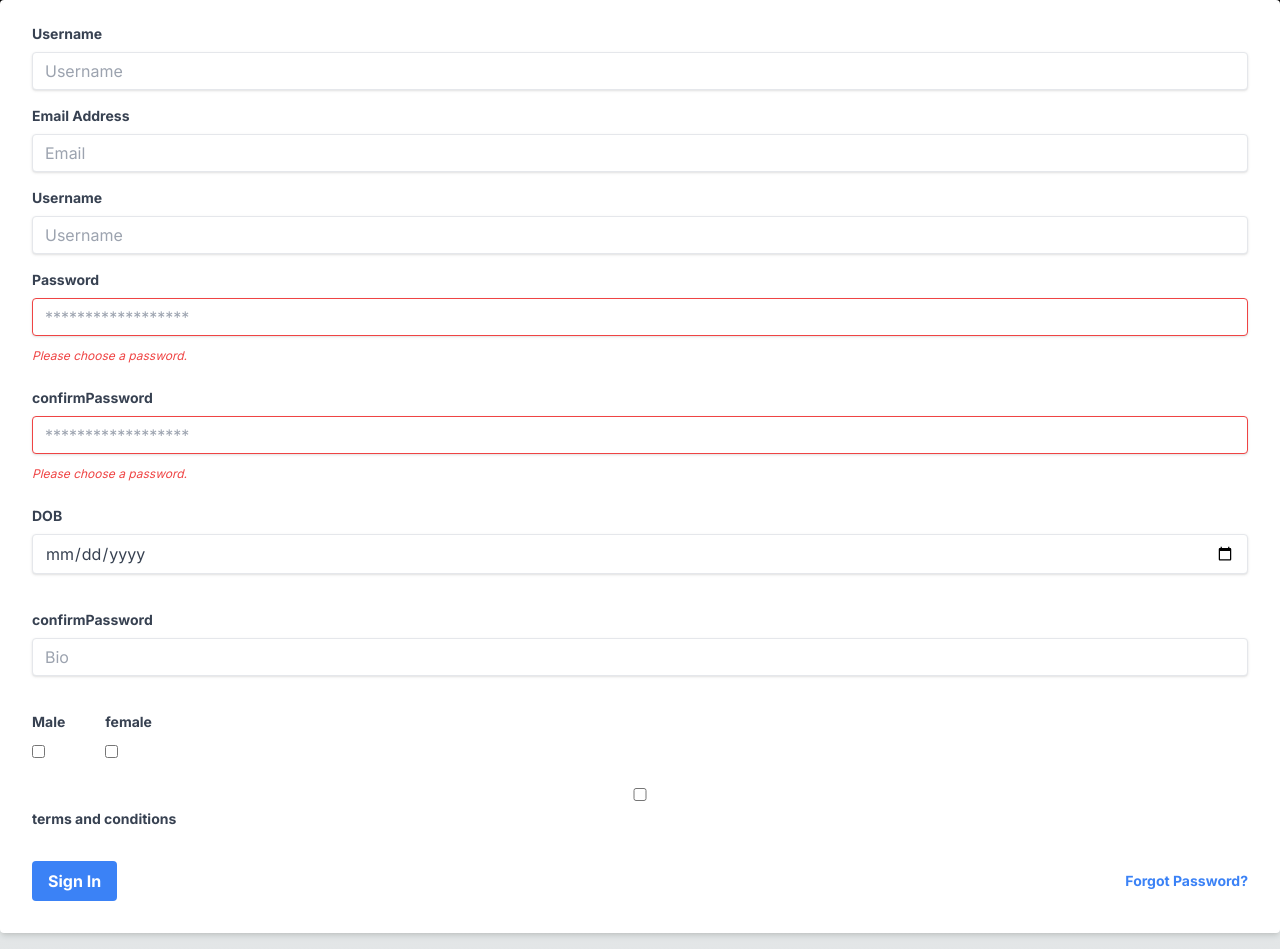
Repository: uh-sman/tiktok-card
Page: /
These files come from the project's save history. The page is drawn as it stood at one moment and after the next save; the edit follows.
The browser window is 1280 px wide. The pictures show the whole page.
The project was rebuilt for these pictures with package versions that can differ from the ones it lists, and the page was loaded fresh each time. The framework's server and built-in components were replaced by stand-ins that run in the browser. Also part of the build but not shown: next.config.js.

Above is the page before, as saved 2023-12-19 12:24:46.

After the next save:
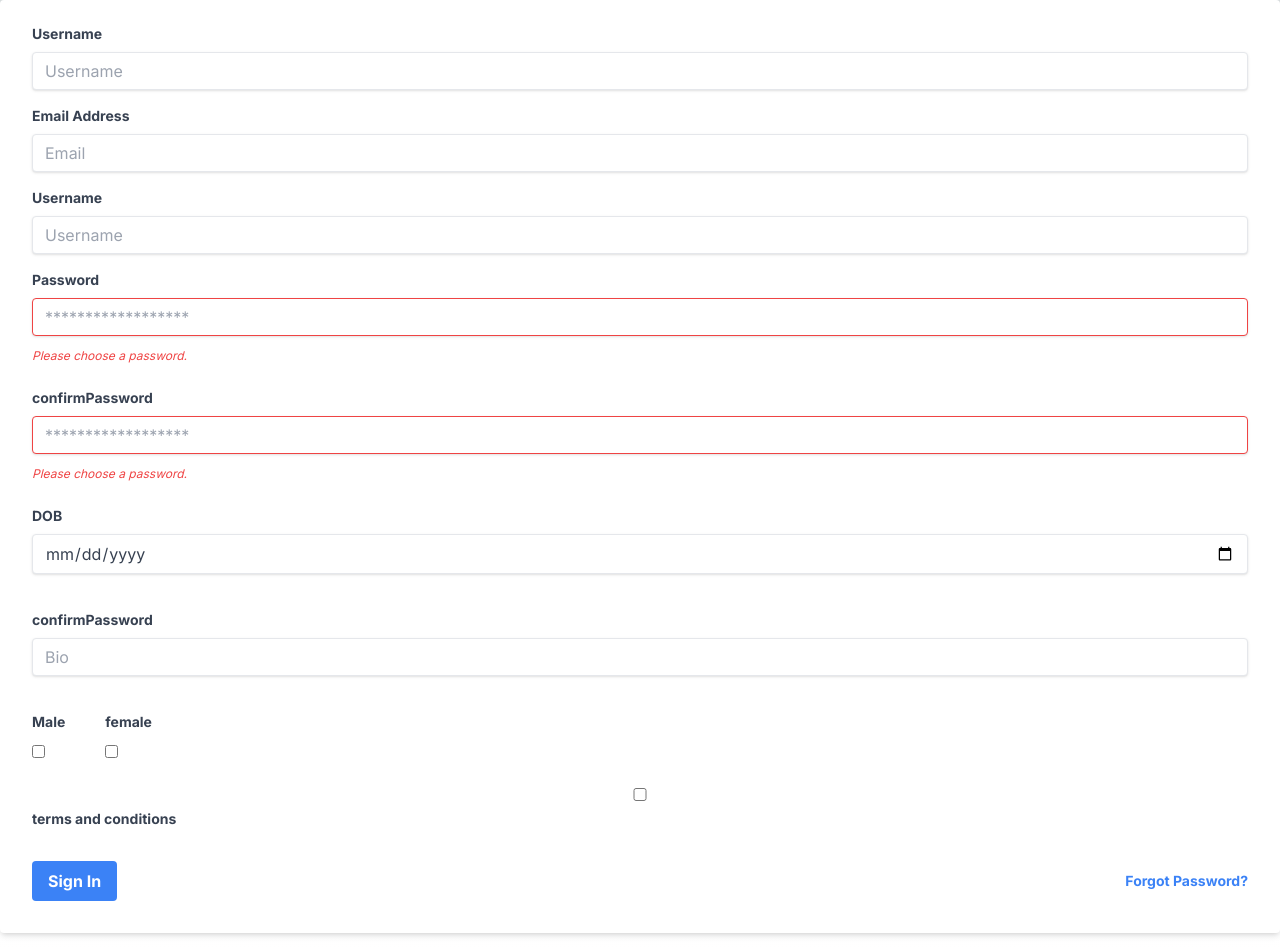
Saved 54 s later.
--- a/app/page.tsx
+++ b/app/page.tsx
@@ -20,8 +20,6 @@ export default function Home() {
   // }
 
   return (
-    <div className="bg-black h-screen w-screen">
-      {/* <div className="flex justify-center"> */}
       <div className="flex justify-center  w-full flex-col">
       <form className="bg-white shadow-md rounded px-8 pt-6 pb-8 mb-4">
     <div className="mb-4">
@@ -103,7 +101,7 @@ export default function Home() {
     </div>
   </form>
 
-      </div>
+      {/* </div> */}
       {/* </div> */}
     </div>
   );

After the save that followed:
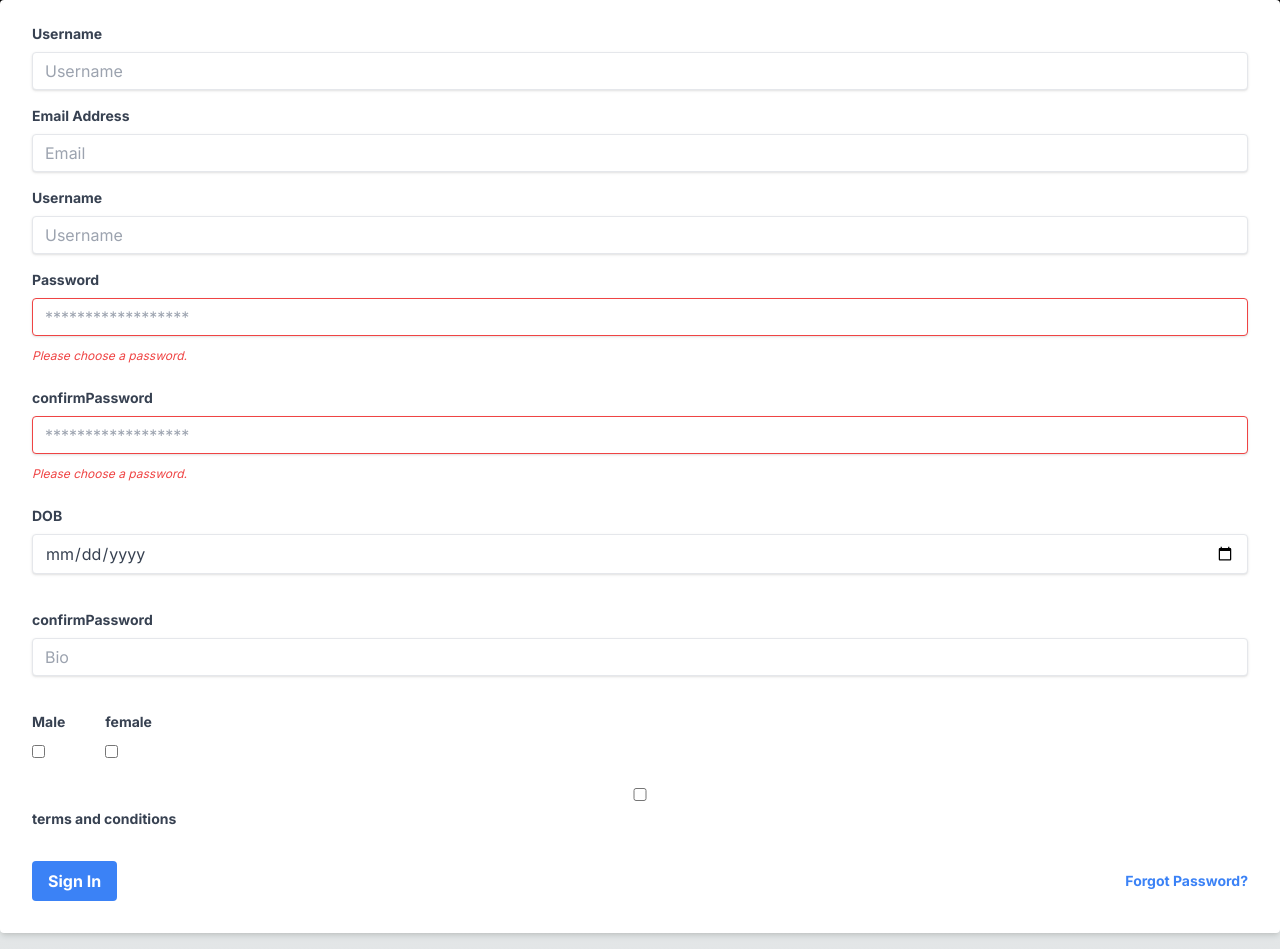
Saved 17 s later.
--- a/app/page.tsx
+++ b/app/page.tsx
@@ -20,6 +20,8 @@ export default function Home() {
   // }
 
   return (
+    <div className="bg-black h-screen w-screen">
+      {/* <div className="flex justify-center"> */}
       <div className="flex justify-center  w-full flex-col">
       <form className="bg-white shadow-md rounded px-8 pt-6 pb-8 mb-4">
     <div className="mb-4">
@@ -101,7 +103,7 @@ export default function Home() {
     </div>
   </form>
 
-      {/* </div> */}
+      </div>
       {/* </div> */}
     </div>
   );
